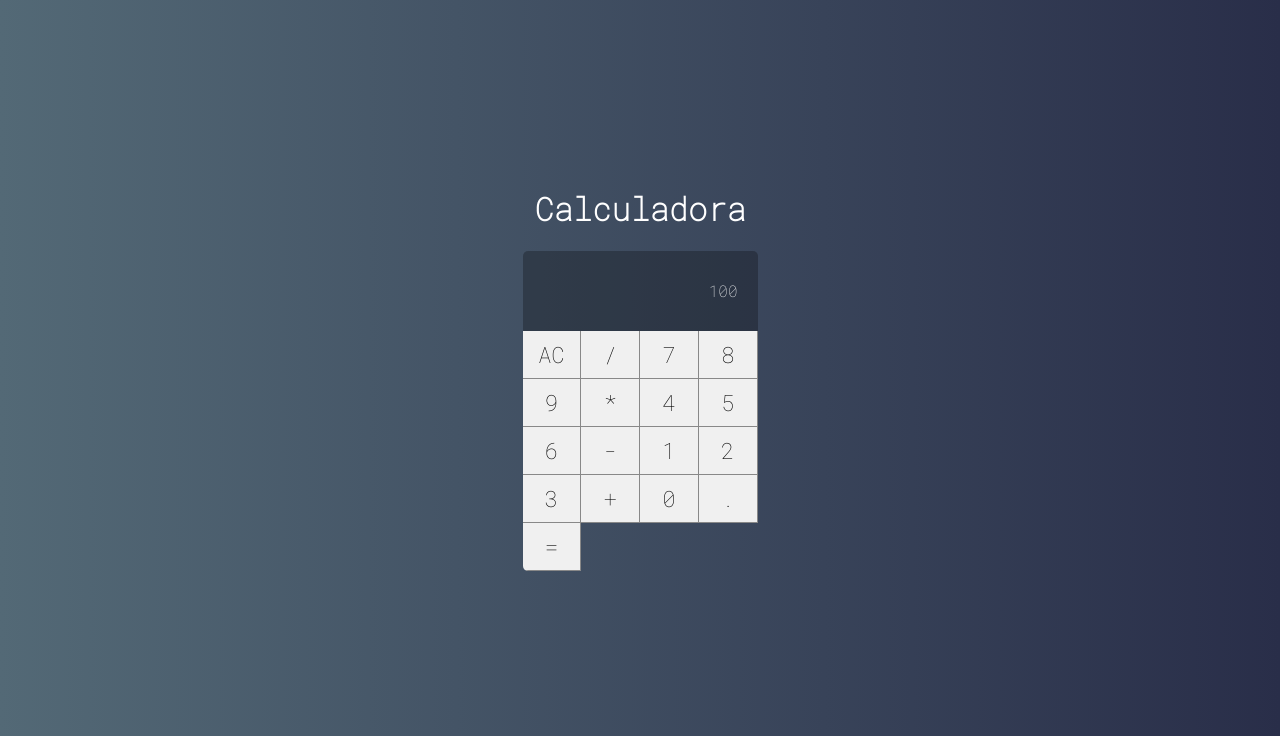
Repository: jean-siqueira/react-calculadora
Page: /
These files come from the project's save history. The page is drawn as it stood at one moment and after the next save; the edit follows.
The browser window is 1280 px wide. The pictures show the whole page.
The project was rebuilt for these pictures with package versions that can differ from the ones it lists, and the page was loaded fresh each time.

Above is the page before, as saved 2023-03-25 12:31:31.

### src/index.js
import React from "react";
import ReactDOM from "react-dom/client";
import "./index.css";
import Calculator from "./main/Calculator";
import reportWebVitals from "./reportWebVitals";

const root = ReactDOM.createRoot(document.getElementById("root"));
root.render(
  <React.StrictMode>
    <div>
      <h1>Calculadora</h1>
      <Calculator />
    </div>
  </React.StrictMode>
);

// If you want to start measuring performance in your app, pass a function
// to log results (for example: reportWebVitals(console.log))
// or send to an analytics endpoint. Learn more: https://bit.ly/CRA-vitals
reportWebVitals();

### src/index.css
@font-face {
  font-family: 'RobotoMono';
  src: url('./fonts/RobotoMono-Thin.ttf');
}

* {
  font-family: 'RobotoMono', monospace;
}

body {
  display: flex;
  height: 100vh;
  justify-content: center;
  align-items: center;
  text-align: center;
  color: #fff;
  background: linear-gradient(to right, rgb(83, 105, 118), rgb(41, 46, 73));
}

### src/main/Calculator.jsx
import React, {Component} from "react";
import './Calculator.css'
import Button from "../components/Button";
import Display from "../components/Display";

export default class Calculator extends Component {

    render() {
        return (
            <div className="calculator">
                <Display value={100}/>
                <Button label="AC"/>
                <Button label="/"/>
                <Button label="7"/>
                <Button label="8"/>
                <Button label="9"/>
                <Button label="*"/>
                <Button label="4"/>
                <Button label="5"/>
                <Button label="6"/>
                <Button label="-"/>
                <Button label="1"/>
                <Button label="2"/>
                <Button label="3"/>
                <Button label="+"/>
                <Button label="0"/>
                <Button label="."/>
                <Button label="="/>
            </div>
        )
    }

}

### src/components/Button.jsx
import React from "react";
import './Button.css'

export default props =>
    <button className="button">{props.label}</button>

### src/components/Display.jsx
import React from "react";
import './Display.css';

export default props =>
    <div className="display">{props.value}</div>

### src/components/Button.css
:root {
    --bg-button: #f0f0f0;
    --border-button: solid 1px #888
}

.button {
    font-size: 1.4em;
    background-color: var(--bg-button);
    border: none;
    border-right: var(--border-button);
    border-bottom: var(--border-button);
    outline: none;
}

### src/components/Display.css
.display {
    grid-column: span 4;
    background-color: #0004;

    display: flex;
    justify-content: flex-end;
    align-items: center;
    padding: 20px;
}

Loaded but not shown: public/index.html (common file); src/reportWebVitals.js (common file); src/main/Calculator.css (common file)

After the next save:
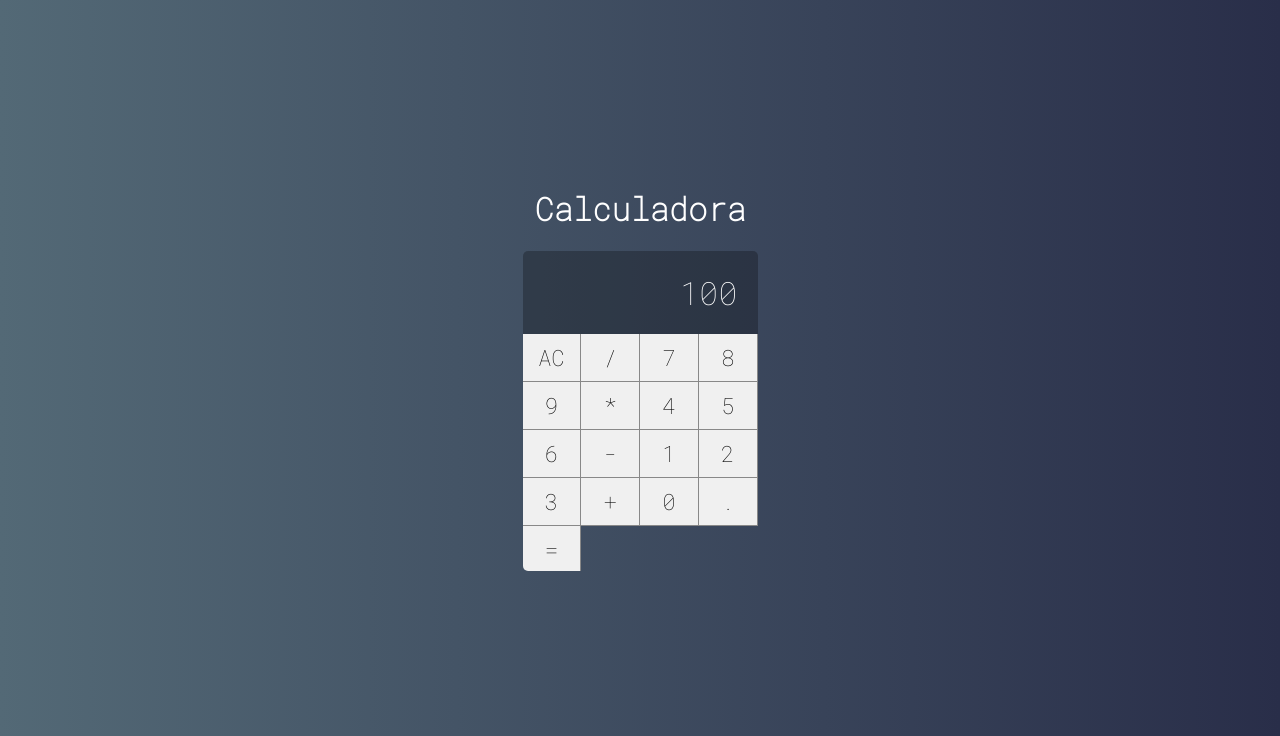
Saved 10 s later.
--- a/src/components/Display.css
+++ b/src/components/Display.css
@@ -6,4 +6,5 @@
     justify-content: flex-end;
     align-items: center;
     padding: 20px;
+    font-size: 2.0em;
 }
